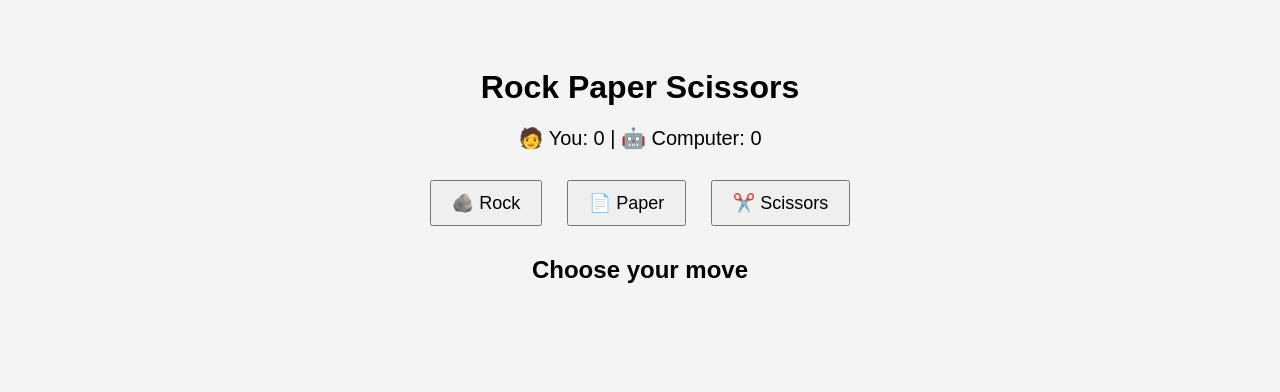
Repository: alokanand524/anand-portfolio
Page: games/rock-paper-game/index.html
An editor plug-in stored every save of this project. The page is shown before and after the next save, followed by the edit.
The browser window is 1280 px wide. The pictures show the whole page.

Above is the page before, as saved 2025-07-31 16:05:12.

### games/rock-paper-game/index.html
<!DOCTYPE html>
<html lang="en">
<head>
  <meta charset="UTF-8">
  <title>Rock Paper Scissors</title>
  <style>
    body {
      font-family: Arial, sans-serif;
      background: #f4f4f4;
      text-align: center;
      padding: 40px;
    }

    h1 {
      margin-bottom: 10px;
    }

    .score-board {
      margin: 20px 0;
    }

    .scores {
      font-size: 20px;
    }

    .choices {
      margin: 20px 0;
    }

    button.choice {
      font-size: 18px;
      padding: 10px 20px;
      margin: 10px;
      cursor: pointer;
    }

    .result {
      font-size: 24px;
      font-weight: bold;
      margin-top: 20px;
    }

    ul#history {
      list-style: none;
      padding: 0;
    }

    ul#history li {
      margin: 5px 0;
    }
  </style>
</head>
<body>

  <h1>Rock Paper Scissors</h1>

  <div class="score-board">
    <div class="scores">
      🧑 You: <span id="player-score">0</span> |
      🤖 Computer: <span id="computer-score">0</span>
    </div>
  </div>

  <div class="choices">
    <button class="choice" onclick="play('rock')">🪨 Rock</button>
    <button class="choice" onclick="play('paper')">📄 Paper</button>
    <button class="choice" onclick="play('scissors')">✂️ Scissors</button>
  </div>

  <div class="result" id="result">Choose your move</div>

  <ul id="history"></ul>

  <script>
    const options = ['rock', 'paper', 'scissors'];
    let playerScore = 0;
    let computerScore = 0;

    function play(playerChoice) {
      const computerChoice = options[Math.floor(Math.random() * 3)];
      let result = '';

      if (playerChoice === computerChoice) {
        result = "🤝 It's a tie!";
      } else if (
        (playerChoice === 'rock' && computerChoice === 'scissors') ||
        (playerChoice === 'paper' && computerChoice === 'rock') ||
        (playerChoice === 'scissors' && computerChoice === 'paper')
      ) {
        playerScore++;
        result = `🎉 You win! ${emoji(playerChoice)} beats ${emoji(computerChoice)}.`;
      } else {
        computerScore++;
        result = `😢 You lose! ${emoji(computerChoice)} beats ${emoji(playerChoice)}.`;
      }

      document.getElementById('player-score').textContent = playerScore;
      document.getElementById('computer-score').textContent = computerScore;
      document.getElementById('result').textContent = result;

      const log = document.createElement('li');
      log.textContent = `You: ${emoji(playerChoice)} vs Computer: ${emoji(computerChoice)} → ${result}`;
      document.getElementById('history').prepend(log);
    }

    function emoji(choice) {
      return choice === 'rock' ? '🪨' : choice === 'paper' ? '📄' : '✂️';
    }
  </script>

</body>
</html>

After the next save:
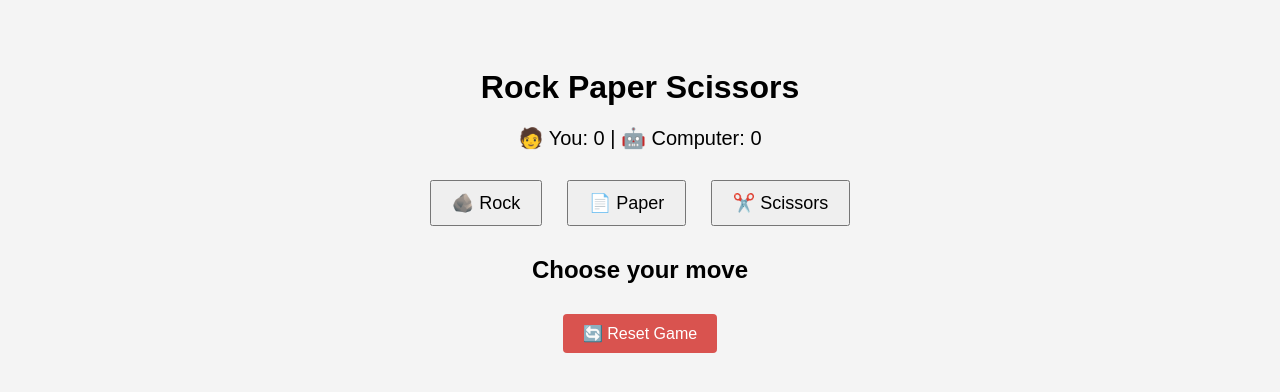
Saved 3 min 52 s later.
--- a/games/rock-paper-game/index.html
+++ b/games/rock-paper-game/index.html
@@ -48,6 +48,21 @@
     ul#history li {
       margin: 5px 0;
     }
+
+    .reset-btn {
+      margin-top: 30px;
+      background-color: #d9534f;
+      color: white;
+      border: none;
+      padding: 10px 20px;
+      font-size: 16px;
+      border-radius: 4px;
+      cursor: pointer;
+    }
+
+    .reset-btn:hover {
+      background-color: #c9302c;
+    }
   </style>
 </head>
 <body>
@@ -68,6 +83,8 @@
   </div>
 
   <div class="result" id="result">Choose your move</div>
+
+  <button class="reset-btn" onclick="resetGame()">🔄 Reset Game</button>
 
   <ul id="history"></ul>
 
@@ -106,6 +123,15 @@
     function emoji(choice) {
       return choice === 'rock' ? '🪨' : choice === 'paper' ? '📄' : '✂️';
     }
+
+    function resetGame() {
+      playerScore = 0;
+      computerScore = 0;
+      document.getElementById('player-score').textContent = '0';
+      document.getElementById('computer-score').textContent = '0';
+      document.getElementById('result').textContent = 'Choose your move';
+      document.getElementById('history').innerHTML = '';
+    }
   </script>
 
 </body>
